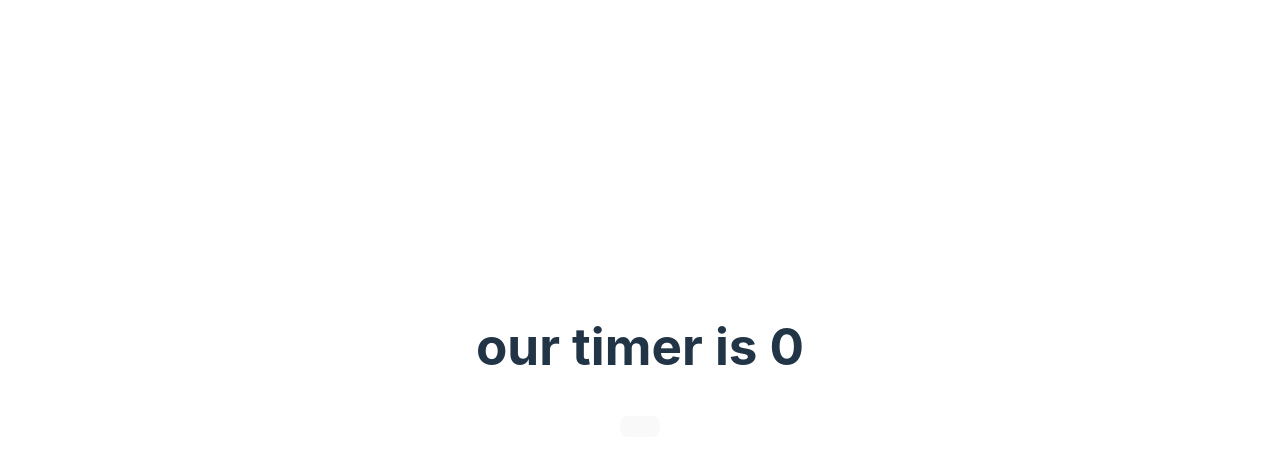
Repository: FARMAN9/inputdata-useRef-and-useEffect
Page: /
These files come from the project's save history. The page is drawn as it stood at one moment and after a run of saves; the edit follows.
The browser window is 1280 px wide. The pictures show the whole page.
The project was rebuilt for these pictures with package versions that can differ from the ones it lists, and the page was loaded fresh each time. Also part of the build but not shown: vite.config.js.

Above is the page before, as saved 2025-01-13 12:28:36.

After the next 2 saves:
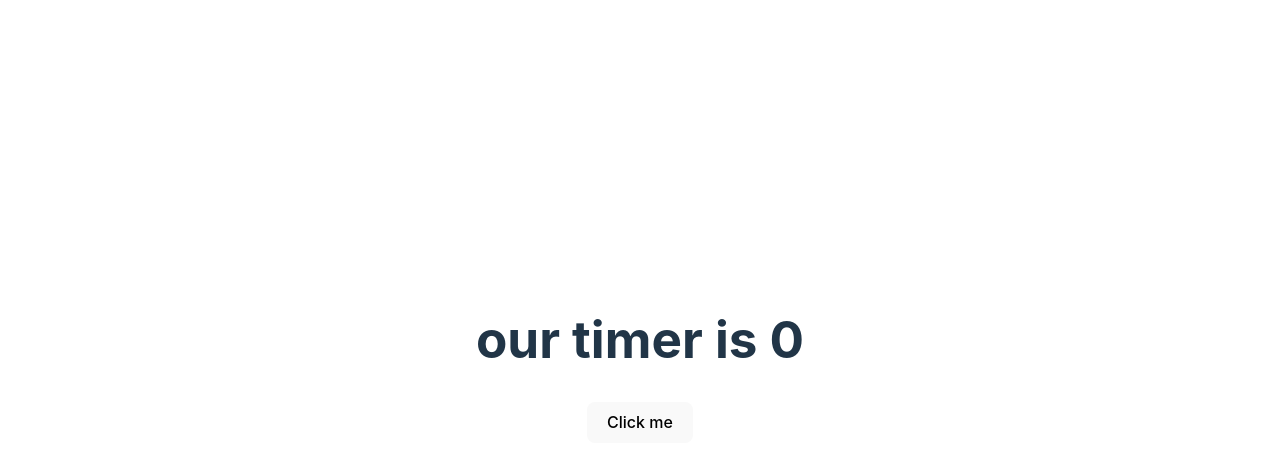
The 2 saves are shown as one change because they came seconds apart.
The last was saved 8 s later.
--- a/src/App.jsx
+++ b/src/App.jsx
@@ -14,7 +14,7 @@ function App() {
   return (
     <>
       <h1>our timer is {count}</h1>
-      <button></button>
+      <button>Click me</button>
     </>
   );
 }
